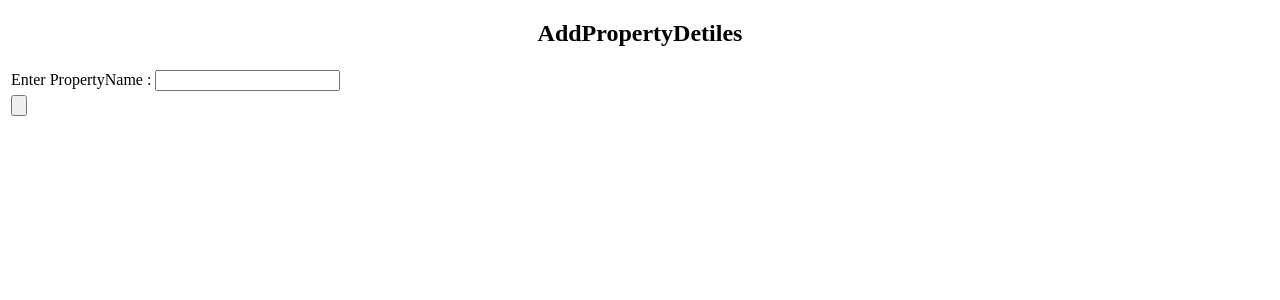
Repository: khadri2021/A2023_Task_Property_Management
Page: http://localhost/AdderssMakersWeb/Modify.jsp
These files come from the project's save history. The page is drawn as it stood at one moment and after the next save; the edit follows.
The browser window is 1280 px wide. The pictures show the whole page.
The page is served by Tomcat 9.

Above is the page before, as saved 2024-02-10 05:27:14.

After the next save:
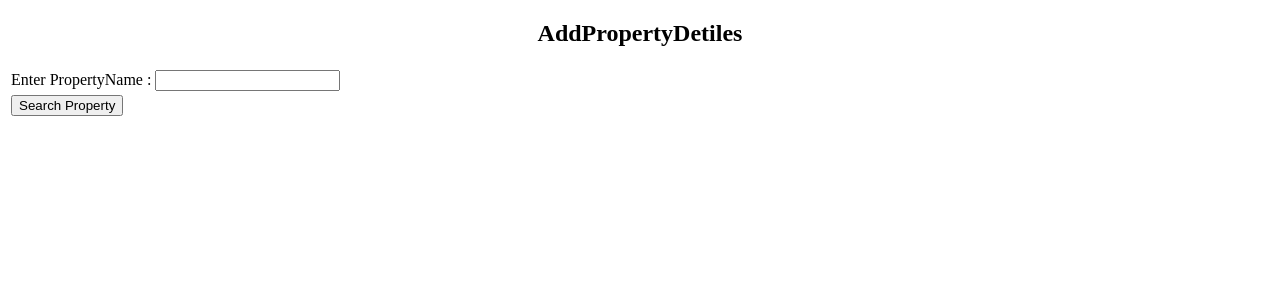
Saved 31 s later.
--- a/AdderssMakersWeb/WebContent/Modify.jsp
+++ b/AdderssMakersWeb/WebContent/Modify.jsp
@@ -15,7 +15,7 @@
 <td>Enter PropertyName :</td>
 <td><input type="text" name="ProName"></td>
 </tr>
-<tr><td> <input type="button" value=""Search Property></td></tr>
+<tr><td> <input type="button" value="Search Property"></td></tr>
 
 </body>
 </html>
